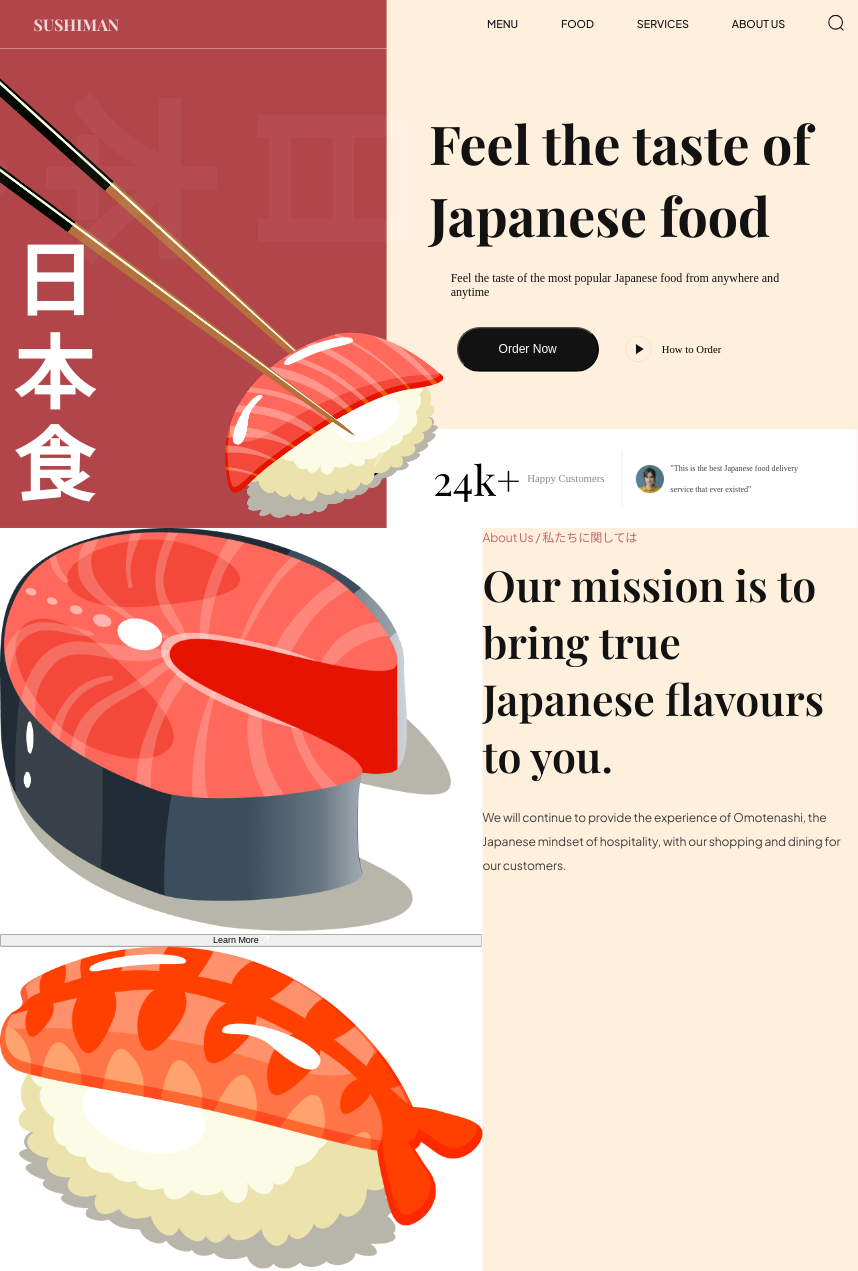
Repository: echoyol/sushiWebsite
Page: index.html
An editor plug-in stored every save of this project. The page is shown before and after the next save, followed by the edit.
The browser window is 1280 px wide. The pictures show the whole page, at 67% of full size.

Above is the page before, as saved 2023-06-04 11:30:33.

After the next save:
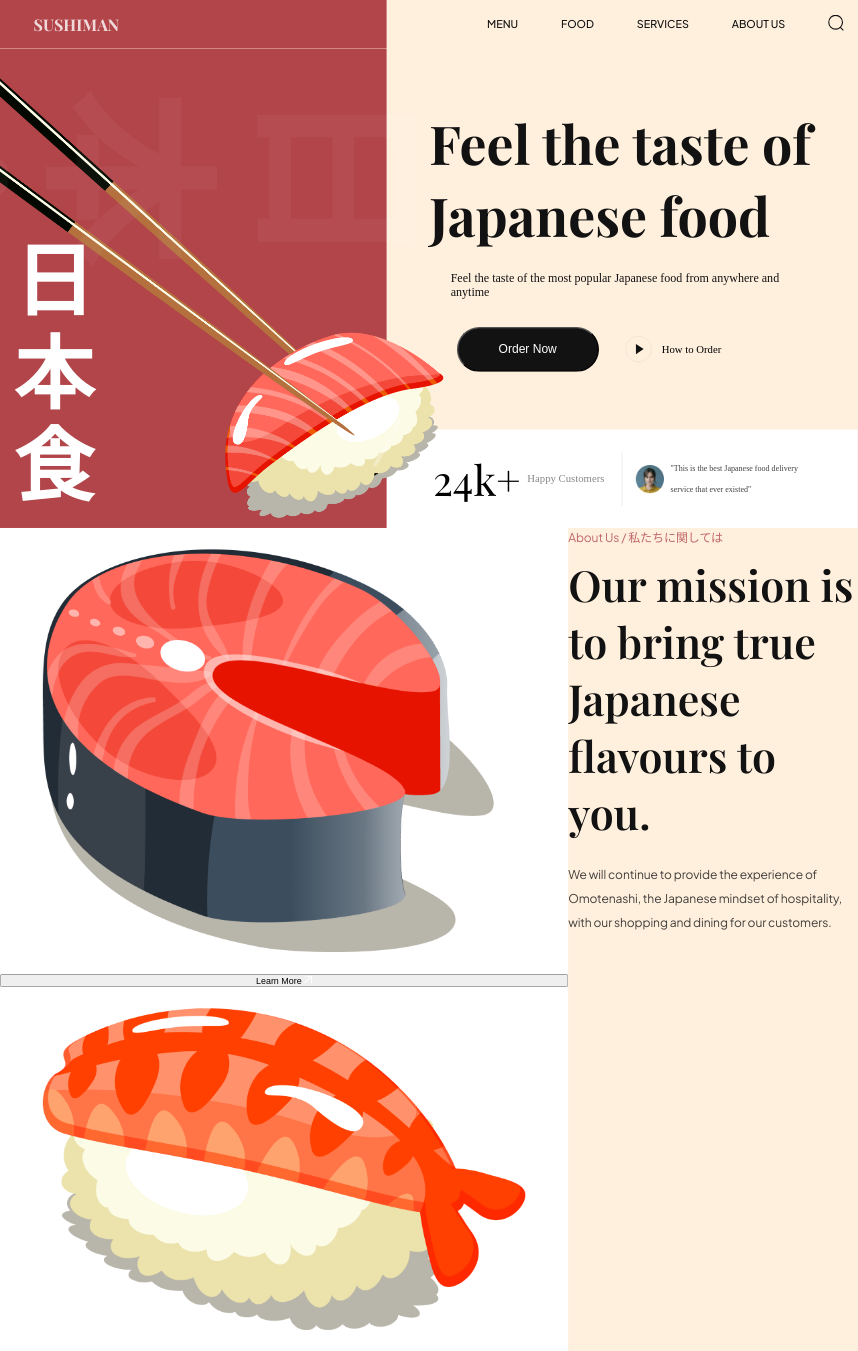
Saved 3 h 16 min later.
--- a/css/sections/about.css
+++ b/css/sections/about.css
@@ -14,3 +14,15 @@
 
   position: relative;
 }
+
+.about-us__image div {
+  padding: 32px 64px;
+
+  flex: 1;
+  display: flex;
+  align-items: center;
+
+  background-position: center;
+  background-repeat: no-repeat;
+  background-size: contain;
+}
